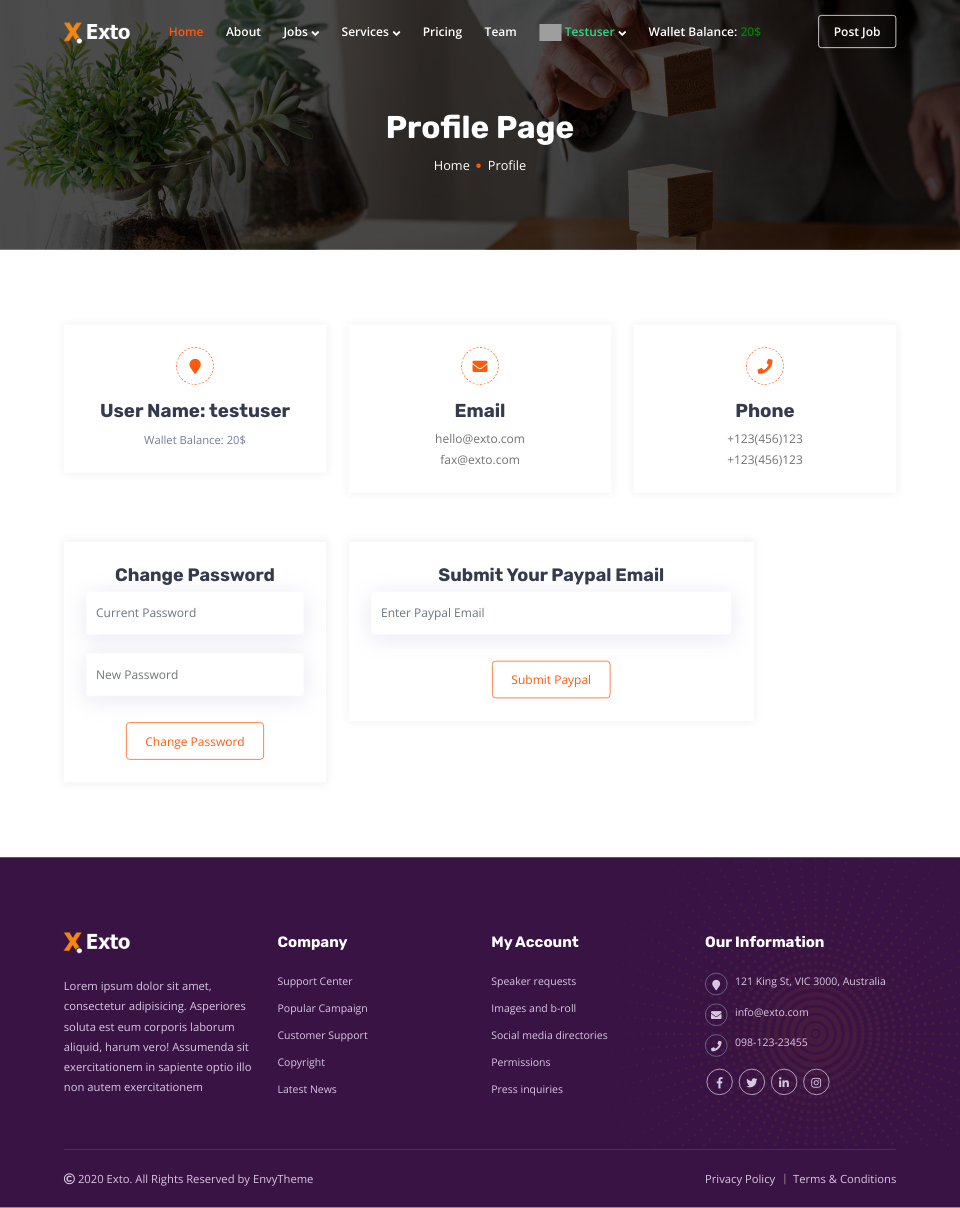
Repository: aakashrajput/XtremeWorks
Page: http://localhost/user/profile
These files come from the project's save history. The page is drawn as it stood at one moment and after the next save; the edit follows.
The browser window is 1280 px wide. The pictures show the whole page, at 75% of full size.
Pictures or frames that could not be fetched are drawn as grey boxes. The page is served by the project's Laravel application, run on PHP 8.4 with Laravel 8. A made-up administrator, Test User (test@example.com), is signed in.

Above is the page before, as saved 2020-03-26 14:43:00.

After the next save:
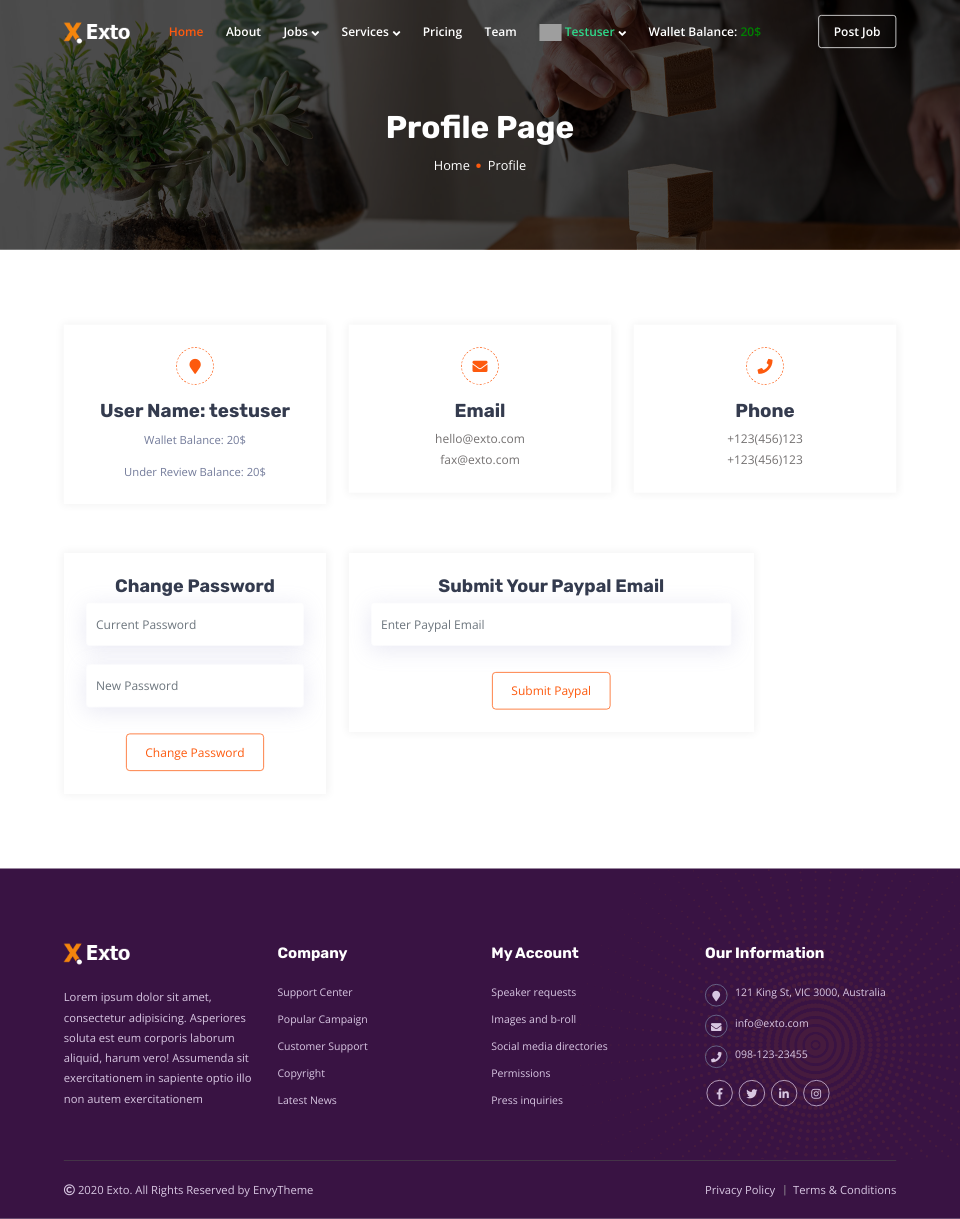
Saved 41 s later.
--- a/resources/views/user/profile.blade.php
+++ b/resources/views/user/profile.blade.php
@@ -29,6 +29,7 @@
                     <div class="content-title">
                     <h3>User Name: {{Auth::user()->username}}</h3>
                         <p>Wallet Balance: 20$</p>
+                        <p>Under Review Balance: 20$</p>
                     </div>
                 </div>
             </div>
